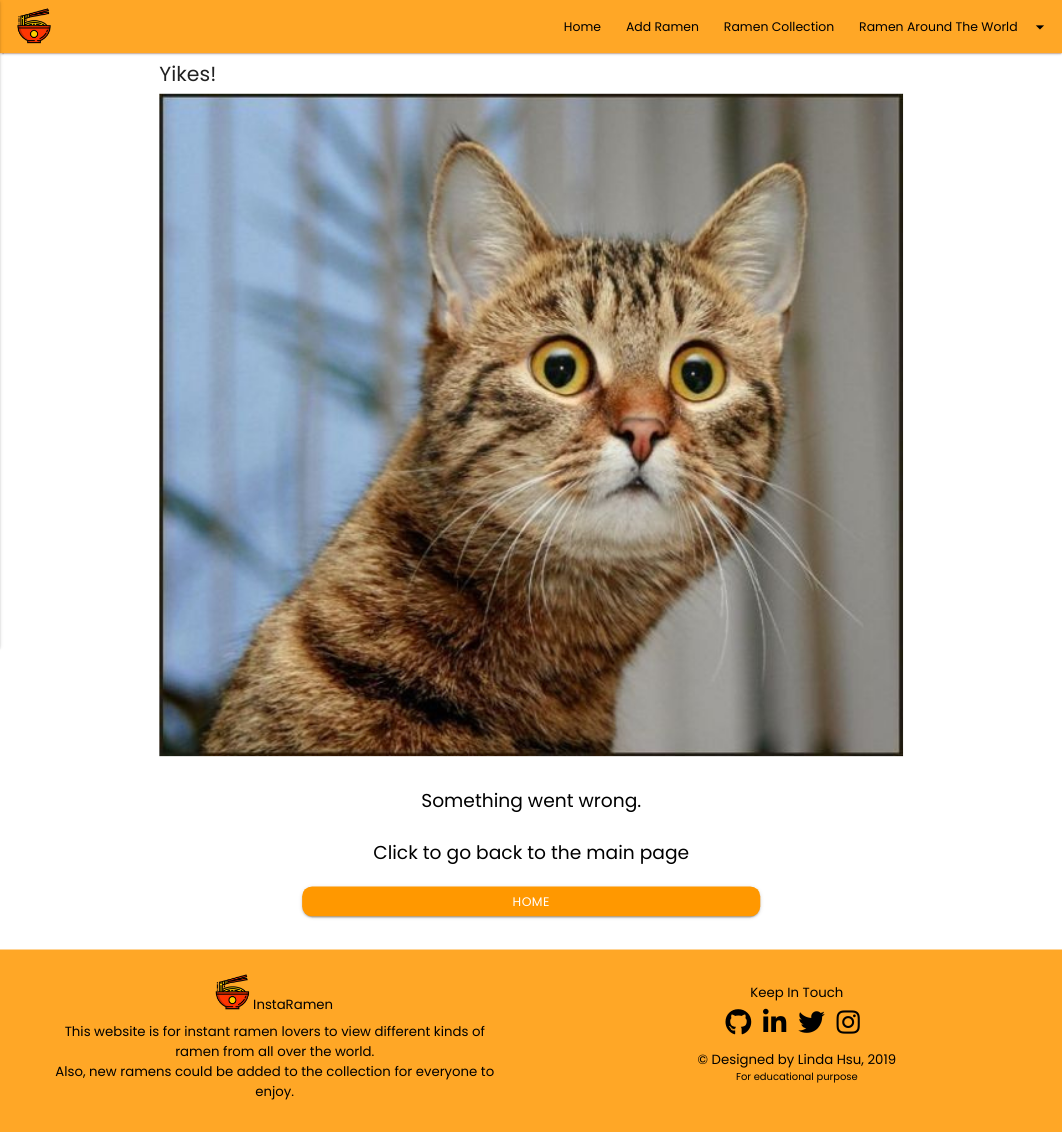
Repository: Paddlepop25/codeinstitute-insta-ramen
Page: templates/error404.html
The author's editor kept a record of every edit. The page is drawn from the files as they stood at one moment, then again after the next edit.
The browser window is 1280 px wide. The pictures show the whole page, at 83% of full size.
Some web libraries are served in a nearby version. The page is served by the project's application, run on Flask 3 (app.py). The template is opened directly, without the code that normally fills it, so the values that code supplies are empty.

Above is the page before.

### templates/error404.html
{% extends 'base.html' %} {% block content %}

<div class="container error-page">
    <h5>Yikes!</h5>
    <div class="row">
        <div class="col s12">
            <img class="sorry-cat" src="{{ url_for('static', filename='images/shocked-cat.jpg') }}"></img>
        </div>
        <div class="row">
            <div class="col s12">
            <p>Something went wrong.</p>
            <p>Click to go back to the main page</p>
            <a href="{{url_for('index')}}" class="waves-effect waves-light btn orange">Home</a>
            </div>
        </div>
    </div>
</div>
{% endblock %}

### templates/base.html
<!DOCTYPE html>
<html>

<head>
  <link href="https://fonts.googleapis.com/icon?family=Material+Icons" rel="stylesheet">
  <link rel="stylesheet" href="https://cdnjs.cloudflare.com/ajax/libs/materialize/0.100.2/css/materialize.min.css">
  <link rel="stylesheet" href="https://use.fontawesome.com/releases/v5.8.1/css/all.css" integrity="sha384-50oBUHEmvpQ+1lW4y57PTFmhCaXp0ML5d60M1M7uH2+nqUivzIebhndOJK28anvf" crossorigin="anonymous" />
  <link href="https://fonts.googleapis.com/css?family=Montserrat|Poppins|Roboto&display=swap" rel="stylesheet">
  <link rel="icon" href="{{ url_for('static', filename='images/favicon.ico') }}" type="image/x-icon" />
  <link rel="stylesheet" href="/static/styles/styles.css" type="text/css" />

  <!-- Meta Data -->
  <meta charset="UTF-8">
  <meta name="viewport" content="width=device-width, initial-scale=1, shrink-to-fit=no">
  <meta http-equiv="X-UA-Compatible" content="ie=edge">
  <meta name="description" content="Insta Ramen">
  <meta name="keywords" content="Noodles, Ramen, Instant, Cup, Bowl, Packet">
  <meta name="author" content="Linda Hsu">

  <title>InstaRamen - {{ title }} </title>
</head>

<body>
  <header>
    <nav>
      <div class="nav-wrapper orange lighten-1">
        <a href="{{url_for('index')}}" class="brand-logo"><img class="ramen_logo" src="{{ url_for('static', filename='images/noodle_icon.png') }}" alt="Ramen noodles with chopsticks logo"/></a>
        <a href="#" data-activates="mobile-demo" class="button-collapse"><i class="material-icons">menu</i></a>
        <ul class="right hide-on-med-and-down">
          <li><a href="{{url_for('index')}}">Home</a></li>
          <li><a href="{{url_for('add_ramen')}}">Add Ramen</a></li>
          <li><a href="{{url_for('get_ramen')}}">Ramen Collection</a></li>
          <li><a class="dropdown-button" href="#!" data-activates="dropdown1">Ramen Around The World<i class="material-icons right">arrow_drop_down</i></a>
            <ul id="dropdown1" class="dropdown-content">
              <li><a href="{{ url_for('ramen_asia') }}">Asia</a></li>
              <li><a href="{{ url_for('ramen_americas') }}">The Americas</a></li>
              <li><a href="{{ url_for('ramen_europe') }}">Europe</a></li>
              <li><a href="{{ url_for('ramen_rest_world') }}">Rest Of The World</a></li>
            </ul>
          </li>
        </ul>
        <ul class="side-nav" id="mobile-demo">
          <li><a href="{{url_for('index')}}">Home</a></li>
          <li><a href="{{url_for('add_ramen')}}">Add Ramen</a></li>
          <li><a href="{{url_for('get_ramen')}}">Ramen Collection</a></li>
          <li><a href="{{ url_for('ramen_asia') }}">Ramen from Asia</a></li>
          <li><a href="{{ url_for('ramen_americas') }}">Ramen from The Americas</a></li>
          <li><a href="{{ url_for('ramen_europe') }}">Ramen from Europe</a></li>
          <li><a href="{{ url_for('ramen_rest_world') }}">Ramen from Rest Of The World</a></li>
        </ul>
      </div>
    </nav>
  </header>

  {% block content %} {% endblock %}
  <div class="container-fluid">
    <footer class="page-footer orange lighten-1">
      <div class="row">
        <div class="col s12 m6 footer-logo">
          <div class="website-info">
            <a href="{{url_for('index')}}" class="brand-logo"><img class="ramen_logo" src="{{ url_for('static', filename='images/noodle_icon.png') }}" alt="Ramen noodles with chopsticks logo"/></a>
            <a href="{{url_for('index')}}">InstaRamen</a>
          </div>
          <p>This website is for instant ramen lovers to view different kinds of ramen from all over the world.
            <br> Also, new ramens could be added to the collection for everyone to enjoy.</p>
        </div>

        <div class="col s12 m6 footer-social">
          <p>Keep In Touch</p>
          <span><a href="https://github.com/Paddlepop25" target="_blank"><i class="fab fa-github fa-2x"></i></a></span>
          <span><a href="https://www.linkedin.com/in/lindahsu007/" target="_blank"><i class="fab fa-linkedin-in fa-2x"></i></a></span>
          <span><a href="https://twitter.com/shecodeshsucode" target="_blank"><i class="fab fa-twitter fa-2x"></i></a></span>
          <span><a href="https://www.instagram.com/shecodeshsucodes/" target="_blank"><i class="fab fa-instagram fa-2x"></i></a></span>
          <p class="copyright">&copy; Designed by Linda Hsu, 2019</p>
          <small>For educational purpose</small>
        </div>
      </div>
    </footer>
  </div>

  <script src="https://cdnjs.cloudflare.com/ajax/libs/jquery/3.2.1/jquery.min.js"></script>
  <script src="https://cdnjs.cloudflare.com/ajax/libs/materialize/0.100.2/js/materialize.min.js"></script>
  <script type="text/javascript">
    $(document).ready(function() {
      $(".button-collapse").sideNav();
      $(document).ready(function() {
        $('input#input_text, textarea#textarea1').characterCounter();
      });
      $('select').material_select();
      $(".dropdown-button").dropdown();
    });
  </script>
</body>

</html>

### app.py
import os
from flask import Flask, render_template, redirect, request, url_for
from flask_pymongo import PyMongo, ASCENDING, DESCENDING
from bson.objectid import ObjectId
import re
from werkzeug.utils import secure_filename

app = Flask(__name__)

app.config['MONGO_DBNAME'] = 'ramen_database'
app.config["MONGO_URI"] = os.environ.get("MONGO_URI")

mongo = PyMongo(app)

@app.route('/')
def index():
    latest_three=mongo.db.ramens.find().sort([("_id", DESCENDING)]).limit(3)
    return render_template('index.html', title="Home", latest_three=latest_three)

@app.route('/display_ramen/<ramen_id>', methods=['GET'])
def display_ramen(ramen_id):
    ramen = mongo.db.ramens.find_one({"_id": ObjectId(ramen_id)})
    return render_template('display_ramen.html', title="Display Ramen", ramen=ramen)

@app.route('/get_ramen')
def get_ramen():
    ramens=mongo.db.ramens.find().sort([("_id", DESCENDING)])
    return render_template('ramen_collection.html', title="Ramen Collection", ramens=ramens)

@app.route('/ramen_asia')
def ramen_asia():
    ramens=mongo.db.ramens.find({'continent': 'Asia'})
    return render_template('ramen_asia.html', title="Ramen from Asia", ramens=ramens)

@app.route('/ramen_europe')
def ramen_europe():
    ramens=mongo.db.ramens.find({'continent': 'Europe'})
    return render_template('ramen_europe.html', title="Ramen from Europe", ramens=ramens)

@app.route('/ramen_americas')
def ramen_americas():
    ramens=mongo.db.ramens.find({'continent': 'The Americas'})
    return render_template('ramen_americas.html', title="Ramen from The Americas", ramens=ramens)

@app.route('/ramen_rest_world')
def ramen_rest_world():
    ramens=mongo.db.ramens.find({'continent': 'The Rest'})
    return render_template('ramen_rest_world.html', title="Ramen from the Rest Of The World", ramens=ramens)

@app.route('/search_ramen')
def search_ramen():
    orig_query = request.args['query']
    query = {'$regex': re.compile('.*{}.*'.format(orig_query)), '$options': 'i'}
    print(query)
    results=mongo.db.ramens.find({'flavour': query})

    ramen = []
    for result in results:
        ramen.append(result)

    return render_template('ramen_search.html', title="Search Results", query=orig_query, ramen_search=ramen)

@app.route('/add_ramen')
def add_ramen():
    brands = mongo.db.brands.find().sort([("brand", ASCENDING)])
    countries=mongo.db.countries.find().sort([("country", ASCENDING)])
    return render_template('add_ramen.html', title="Add a Ramen", countries=countries, brands=brands)

@app.route('/insert_ramen', methods=['POST'])
def insert_ramen():
    ramens = mongo.db.ramens

    if "ramen_image" in request.files:
        ramen_image = request.files['ramen_image']
        mongo.save_file(ramen_image.filename, ramen_image)

    new_ramen = {
        'brand': request.form.get('brand'),
        'flavour':request.form.get('flavour'),
        'style': request.form.get('style'),
        'country':request.form.get('country'),
        'continent':request.form.get('continent'),
        'stars':int(request.form.get('stars')),
        'reviews':request.form.get('reviews'),
        'imageURL': ramen_image.filename
    }

    ramens.insert_one(new_ramen)
    return redirect(url_for('get_ramen'))

@app.route('/file/<filename>')
def file(filename):
    return mongo.send_file(filename)

@app.route('/edit_ramen/<ramen_id>', methods=['GET'])
def edit_ramen(ramen_id):
    ramen = mongo.db.ramens.find_one({"_id": ObjectId(ramen_id)})
    brands = mongo.db.brands.find().sort([("brand", ASCENDING)])
    countries = mongo.db.countries.find().sort([("country", ASCENDING)])
    return render_template('edit_ramen.html', title="Edit Ramen", ramen=ramen, brands=brands, countries=countries)

@app.route('/update_ramen/<ramen_id>', methods=["POST"])
def update_ramen(ramen_id):
    ramen = mongo.db.ramens.find_one({"_id": ObjectId(ramen_id)})

    brand = request.form.get('brand')
    flavour = request.form.get('flavour')
    style = request.form.get('style')
    country = request.form.get('country')
    continent = request.form.get('continent')
    stars = int(request.form.get('stars'))
    reviews = request.form.get('reviews')
    image_filename = request.form.get('ramen_image')

    # if "ramen_image" in request.files and request.files['ramen_image'].filename != "":
    #     ramen_image = request.files['ramen_image']
    #     image_filename = ramen_image.filename
    #     mongo.save_file(ramen_image.filename, ramen_image)
    # else:
    #     image_filename = ramen['imageURL']

    ramen.update( {'_id': ObjectId(ramen_id)},
    {
        'brand': brand,
        'flavour': flavour,
        'style': style,
        'country': country,
        'continent': continent,
        'stars': int(stars),
        'reviews': reviews,
        'imageURL': image_filename
    })
    return redirect(url_for('get_ramen'))

@app.route('/delete_ramen/<ramen_id>')
def delete_ramen(ramen_id):
    mongo.db.ramens.remove({'_id': ObjectId(ramen_id)})
    return redirect(url_for('get_ramen'))

@app.route('/add_brands')
def add_brands():
    brand = mongo.db.brands.find()
    add_a_brand = mongo.db.ramens.find()
    return render_template('add_brands.html', title="Add a Brand", brand=brand)

@app.route('/insert_brand', methods=['POST'])
def insert_brand():
    brand = mongo.db.brands
    query = request.form.get('brand').lower()
    find_brand = mongo.db.brands.find_one({'brand': query})
    if find_brand is None:
        new_brand = {
            'brand': request.form.get('brand').lower()
        }
        brand.insert_one(new_brand)
    return redirect(url_for('add_ramen'))

@app.errorhandler(404)
def error_404(not_found):
    return render_template('error404.html', title="Error 404")

if __name__ == '__main__':
    app.run(host=os.environ.get('IP'),
            port=int(os.environ.get('PORT')),
            debug=True)

### static/styles/styles.css
body {
  font-size: 16px;
  font-family: "Poppins", cursive;
}

/* Base page */

.nav-wrapper ul li:last-child li a {
  color: #ef6c00;
}

.nav-wrapper ul li a {
  color: #000000;
}

.ramen_logo {
  width: 2.8rem;
  margin-left: 20px;
  margin-top: 10px;
}

/*Footer*/

footer a,
p,
small {
  color: #000000;
}

.page-footer {
  left: 0;
  bottom: 0;
  width: 100%;
  height: 400px;
}

.page-footer a:last-child:hover {
  color: #ffffff;
}

.footer-logo {
  text-align: center;
}

.footer-logo p {
  position: relative;
  top: -8px;
  padding: 0px 18px;
}

.footer-logo small {
  position: relative;
  top: -25px;
}

.footer-social {
  text-align: center;
}

.footer-social a:hover {
  color: #ffffff;
}

.footer-social p:first-child {
  margin-top: 0;
  margin-bottom: 7px;
}

.footer-social span {
  margin-right: 10px;
}

.copyright {
  margin-top: 15px;
  margin-bottom: 0;
}

.footer-social small {
  position: relative;
  top: -5px;
}

/*Index page*/

.noodle_img_index img {
  width: 100vw;
  opacity: 0.8;
}

.welcome-page {
  text-align: center;
}

.welcome-page h1 {
  margin-top: 10px;
  margin-bottom: 0;
}

.welcome-message {
  position: relative;
  top: -68px;
}

.welcome-message p {
  padding: 0 25px;
  font-size: 1rem;
}

.search-section {
  position: relative;
  top: -16px;
}

.search-button button {
  width: 60%;
  border-radius: 12px;
  margin-bottom: 20px;
}

.search-button button:hover {
  color: #000000;
  box-shadow: 4px 3px 6px 1px grey;
}

.search-section input:focus {
  border-bottom: 1px solid #ff9800 !important;
  box-shadow: 0 1px 0 0 #ff9800 !important;
}

.input-field label {
  color: #ff9800;
}

.input-field input:focus+label {
  color: #ff9800 !important;
}

.input-field input[type="text"]:focus+label {
  color: #ff9800;
}

.input-field input[type="text"]:focus {
  border-bottom: 1px solid #ff9800;
  box-shadow: 0 1px 0 0 #ff9800;
}

.input-field .prefix.active {
  color: #ff9800;
}

.card .card-content {
  padding: 24px 10px;
}

.card .card-image img {
  height: 214px;
}

.index-page-card {
  position: relative;
  top: -70px;
  text-align: center
}

.index-page-card .card .card-content {
  overflow-y: scroll;
  max-height: 144px;
}

.index-page-card .card-content {
  text-align: center;
}

.index-page-card a {
  position: relative;
  width: 60%;
  margin: 15px auto;
  border-radius: 12px;
}

.index-page-card a:hover {
  color: #000000;
  box-shadow: 4px 3px 6px 1px grey;
}

/* Search page*/

.search-box h4 {
  text-align: center;
  margin-top: 50px;
}

.search-box input:focus {
  border-bottom: 1px solid #ff9800 !important;
  box-shadow: 0 1px 0 0 #ff9800 !important;
}

.search-page-card .card .card-content {
  overflow-y: scroll;
  max-height: 144px;
}

.search-page-card .card-content {
  text-align: left;
}

.search-page-card a {
  position: relative;
  width: 60%;
  margin: 0 0 5% 20%;
  border-radius: 12px;
}

.search-page-card a:hover {
  color: #000000;
  box-shadow: 4px 3px 6px 1px grey;
}

.search-result button {
  width: 80%;
  margin: 5% 0 0 10%;
}

.sorry-cat {
  width: 100%;
}

.sorry {
  text-align: center;
}

/* Error result page */

.error-page p {
  /*font-size: 1.2rem;*/
  text-align: center;
  margin-top: 30px;
}

.error-page a {
  width: 60%;
  margin-left: 20%;
}

.error-page a:hover {
  color: #000000;
  box-shadow: 4px 3px 6px 1px grey;
}

/* Add Ramen page*/

.add-ramen h4 {
  position: relative;
  top: 90px;
  text-align: center;
}

.ramen-form {
  border: 2px solid black;
  border-radius: 25px;
  box-shadow: 2px 2px 8px grey;
  margin: 100px auto;
  padding: 20px;
}

.dropdown-content li>a,
.dropdown-content li>span {
  color: #ef6c00;
}

.select-flavour input:focus {
  border-bottom: 1px solid #ff9800 !important;
  box-shadow: 0 1px 0 0 #ff9800 !important;
}

.select-brand p {
  margin-top: -20px;
}

.select-brand a {
  width: 100%;
  border-radius: 12px;
}

.select-brand a:hover {
  color: #000000;
  box-shadow: 4px 3px 6px 1px grey;
}

.select-packaging {
  position: relative;
  top: -20px;
  padding-left: 15px;
}

.select-packaging-label {
  color: #ff9800;
}

.select-packaging p label {
  color: #000000;
}

.select-country-continent {
  position: relative;
  top: -15px;
}

.select-stars-reviews {
  position: relative;
  top: -35px;
}

.select-stars-reviews .stars {
  position: relative;
  top: 17px;
}

.select-reviews {
  position: relative;
  top: 15px;
}

.select-reviews input:focus {
  border-bottom: 1px solid #ff9800 !important;
  box-shadow: 0 1px 0 0 #ff9800 !important;
}

.select-upload-image {
  position: relative;
  top: -30px;
}

.select-upload-image input {
  border: 2px solid orange;
  width: 100%;
  margin-top: 5px;
  margin-bottom: 15px;
  border-radius: 12px;
}

.select-upload-image button {
  width: 100%;
  border-radius: 12px;
}

.select-upload-image button:hover {
  color: #000000;
  box-shadow: 4px 3px 6px 1px grey;
}

.select-upload-image a {
  position: relative;
  top: 25px;
  width: 100%;
  border-radius: 12px;
}

.select-upload-image a:hover {
  color: #000000;
  box-shadow: 4px 3px 6px 1px grey;
}

/* Edit Ramen Page*/

.edit-ramen h4 {
  position: relative;
  top: 90px;
  text-align: center;
}

.edit-stars {
  position: relative;
  top: -90px;
}

.edit-reviews {
  position: relative;
  top: 45px;
}

.edit-image {
  position: relative;
  top: -75px;
}

.select-upload-image input:hover {
  color: #000000;
  box-shadow: 4px 3px 6px 1px grey;
}

/* Add Brand page*/

.brand-form {
  border: 2px solid black;
  border-radius: 25px;
  box-shadow: 2px 2px 8px grey;
  margin: 100px auto;
  height: 450px;
  padding: 40px;
}

.add-brand h4 {
  position: relative;
  top: 90px;
  text-align: center;
}

.add-brand .input-field {
  position: relative;
  top: 20px;
  margin-bottom: 15px;
}

.add-brand input:focus {
  border-bottom: 1px solid #ff9800 !important;
  box-shadow: 0 1px 0 0 #ff9800 !important;
}

.add-brand button {
  border-radius: 12px;
  width: 100%;
  margin-top: 50px;
  margin-bottom: 0;
}

.add-brand button:hover {
  color: #000000;
  box-shadow: 4px 3px 6px 1px grey;
}

.add-brand a {
  border-radius: 12px;
  width: 100%;
  margin-top: 20px;
}

.add-brand a:hover {
  color: #000000;
  box-shadow: 4px 3px 6px 1px grey;
}

/* Ramen Collection Page */

.ramen-collection-page h4 {
  text-align: center;
  position: relative;
  top: 14px;
}

.ramen-collection-page .card .card-content {
  overflow-y: scroll;
  max-height: 144px;
}

.ramen-collection-page .card-content {
  text-align: left;
}

.ramen-collection-page a {
  position: relative;
  width: 60%;
  margin: 5% 0 5% 20%;
  border-radius: 12px;
}

.ramen-collection-page a:hover {
  color: #000000;
  box-shadow: 4px 3px 6px 1px grey;
}

/* Display Page */

.display-page img {
  width: 100%;
  margin-top: 40px;
}

.display-page p {
  padding-left: 30px;
  padding-right: 30px;
}

.display-details p {
  padding-left: 50px;
}

.display-brand {
  padding-top: 30px;
}

.display-edit {
  position: relative;
  top: -15px;
  margin-top: 20px;
}

.display-edit-delete div:first-child {
  position: relative;
  top: 0;
}

.display-edit-delete a {
  width: 100%;
  border-radius: 12px;
}

.display-edit-delete a:hover {
  color: #000000;
}

/* Asia Collection */

.asia-page h4 {
  position: relative;
  top: 14px;
  text-align: center;
}

.asia-page .card .card-content {
  overflow-y: scroll;
  max-height: 144px;
}

.asia-page .card-content {
  text-align: left;
}

.asia-page a {
  position: relative;
  width: 60%;
  margin: 5% 0 5% 20%;
  border-radius: 12px;
}

.asia-page a:hover {
  color: #000000;
  box-shadow: 4px 3px 6px 1px grey;
}

/* Europe page */

.europe-page h4 {
  position: relative;
  top: 14px;
  text-align: center;
}

.europe-page .card .card-content {
  overflow-y: scroll;
  max-height: 144px;
}

.europe-page .card-content {
  text-align: left;
}

.europe-page a {
  position: relative;
  width: 60%;
  margin: 5% 0 5% 20%;
  border-radius: 12px;
}

.europe-page a:hover {
  color: #000000;
  box-shadow: 4px 3px 6px 1px grey;
}

/* The Americas page */

.america-page h4 {
  position: relative;
  top: 14px;
  text-align: center;
}

.america-page .card .card-content {
  overflow-y: scroll;
  max-height: 144px;
}

.america-page .card-content {
  text-align: left;
}

.america-page a {
  position: relative;
  width: 60%;
  margin: 5% 0 5% 20%;
  border-radius: 12px;
}

.america-page a:hover {
  color: #000000;
  box-shadow: 4px 3px 6px 1px grey;
}

/* The Rest Of The World page */

.rest-world-page h4 {
  position: relative;
  top: 14px;
  text-align: center;
}

.rest-world-page .card .card-content {
  overflow-y: scroll;
  max-height: 144px;
}

.rest-world-page .card-content {
  text-align: left;
}

.rest-world-page a {
  position: relative;
  width: 60%;
  margin: 5% 0 5% 20%;
  border-radius: 12px;
}

.rest-world-page a:hover {
  color: #000000;
  box-shadow: 4px 3px 6px 1px grey;
}

/* Error page*/

.error-page p {
  font-size: 1.5rem;
}

.error-page a {
  border-radius: 12px;
}

.add-brand a {
  margin-top: 50px;
}

@media (min-width: 601px) {
  .index-page-card .card .card-content {
    overflow-y: scroll;
    min-height: 290px;
  }

  .welcome-message p {
    font-size: 1.1rem;
  }

  .ramen-form {
    padding: 30px;
  }

  .index-page-card h4 {
    text-align: center;
  }

  .index-page-card .card .card-content {
    overflow-y: scroll;
    min-height: 160px;
  }

  .select-brand a {
    width: 40%;
  }

  .select-flavour {
    position: relative;
    top: -55px;
  }

  .select-country-continent {
    position: relative;
    top: -60px;
  }

  .select-stars-reviews {
    position: relative;
    top: -90px;
  }

  .select-stars-reviews .stars {
    position: relative;
    top: 26px;
  }

  .select-upload-image {
    position: relative;
    top: -100px;
  }

  .select-brand a {
    position: relative;
    left: 250px;
    bottom: 54px;
  }

  .select-packaging {
    position: relative;
    top: -65px;
  }

  .select-reviews {
    position: relative;
    top: 0;
  }

  .select-reviews input {
    position: relative;
    top: 15px;
  }

  .select-upload-image {
    position: relative;
    top: -80px;
  }

  .select-upload-image a {
    position: relative;
    top: 0;
    width: 100%;
    border-radius: 12px;
  }

  .edit-reviews {
    position: relative;
    top: 18px;
  }
  .page-footer {
    height: 300px;
  }

  .footer-logo p {
    padding-left: 40px;
  }

  .footer-social {
    position: relative;
    top: 30px;
  }

}

@media (min-width: 605px) {
  .page-footer {
    height: 250px;
  }
}

@media (min-width: 768px) {
  .ramen-form {
    padding: 50px;
  }
}

@media (min-width: 1200px) {
  .index-page-card .card .card-content {
    overflow-y: scroll;
    min-height: 220px;
  }

  .ramen-form {
    padding: 70px;
  }
}

@media (min-width: 1272px) {
  .page-footer {
    height: 220px;
  }

  .footer-social {
    position: relative;
    top: 20px;
  }
}

After the next edit:
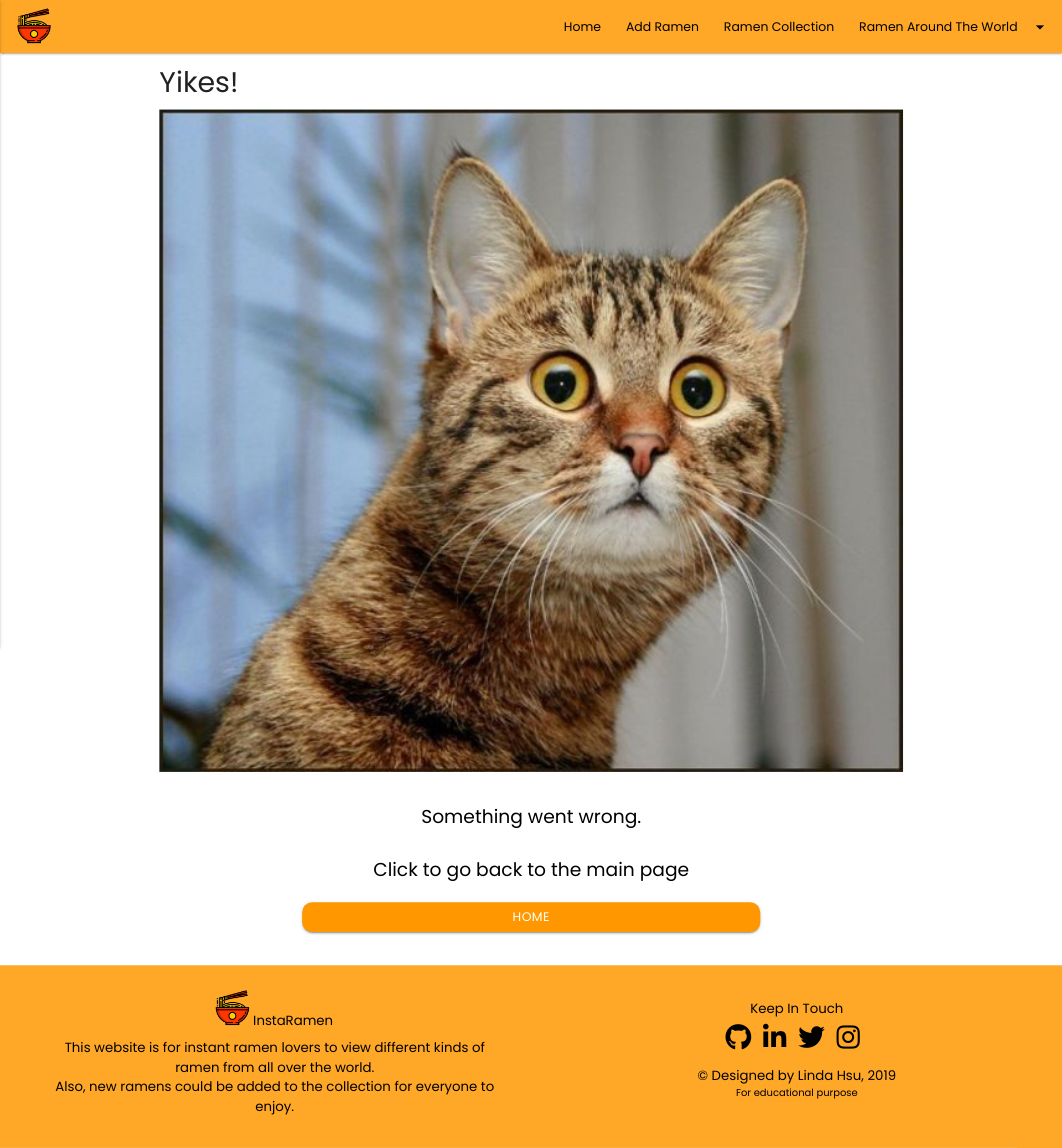
The edit:
--- a/templates/error404.html
+++ b/templates/error404.html
@@ -1,7 +1,7 @@
 {% extends 'base.html' %} {% block content %}
 
 <div class="container error-page">
-    <h5>Yikes!</h5>
+    <h4>Yikes!</h4>
     <div class="row">
         <div class="col s12">
             <img class="sorry-cat" src="{{ url_for('static', filename='images/shocked-cat.jpg') }}"></img>
